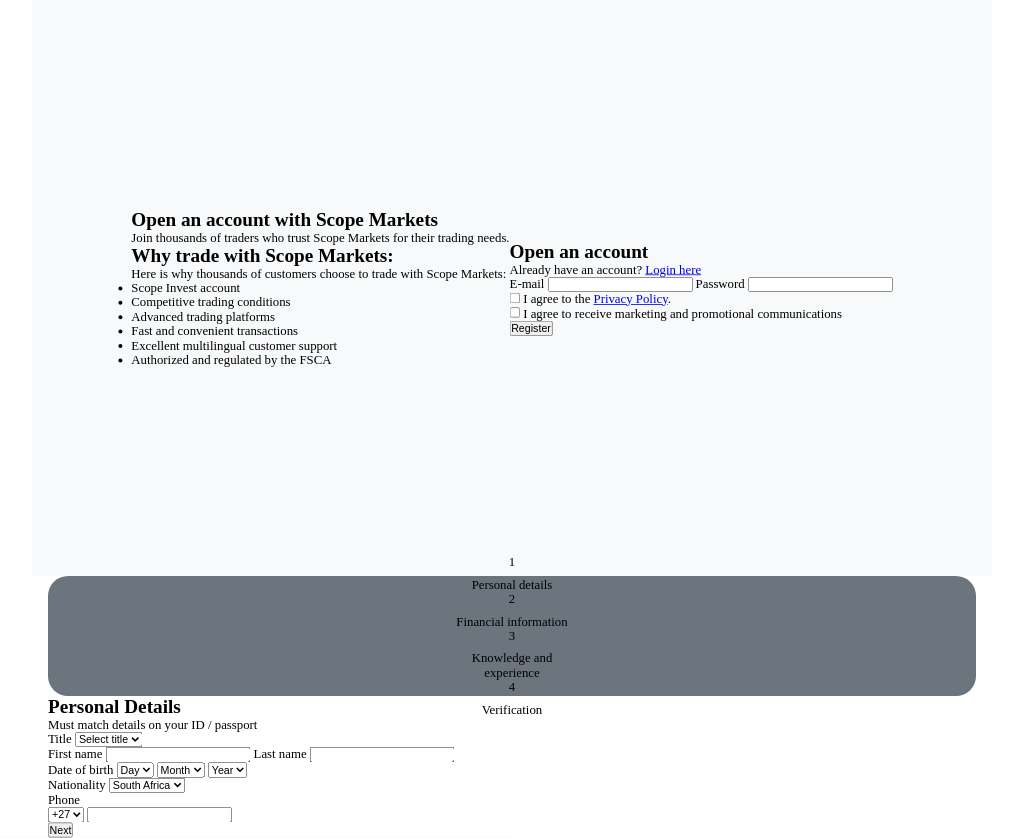
Repository: Jacques-Jaki-Morkel/vaultmarkets_SignupFlow
Page: index.HTML
These files come from the project's save history. The page is drawn as it stood at one moment and after the next save; the edit follows.
The browser window is 1280 px wide. The pictures show the whole page, at 80% of full size.

Above is the page before, as saved 2025-07-30 14:14:11.

### index.HTML
<!DOCTYPE html>
<html lang="en">

<head>
    <meta charset="UTF-8">
    <meta name="viewport" content="width=device-width, initial-scale=1.0">
    <title>Vault Markets - SignUP flow
    </title>
    <link rel="stylesheet" href="styles.css">
</head>

<body>
    <!-- Open account Section -->
    <section class="container-size openAccount-1">
        <div class="col-1">
            <h1>Open an account with Scope Markets</h1>
            <p>Join thousands of traders who trust Scope Markets for their trading needs.</p>
            <h2>Why trade with Scope Markets:</h2>
            <p>Here is why thousands of customers choose to trade with Scope Markets:</p>
            <ul>
                <li>Scope Invest account</li>
                <li>Competitive trading conditions</li>
                <li>Advanced trading platforms</li>
                <li>Fast and convenient transactions</li>
                <li>Excellent multilingual customer support</li>
                <li>Authorized and regulated by the FSCA</li>
            </ul>
        </div>

        <div class="col-2">
            <h2>Open an account</h2>
            <p>Already have an account? <a href="#">Login here</a></p>

            <form action="#" method="POST">
                <label for="email">E-mail</label>
                <input type="email" id="email" name="email" required>

                <label for="password">Password</label>
                <input type="password" id="password" name="password" required>

                <div>
                    <input type="checkbox" id="privacy" name="privacy" required>
                    <label for="privacy">I agree to the <a href="#">Privacy Policy</a>.</label>
                </div>

                <div>
                    <input type="checkbox" id="marketing" name="marketing">
                    <label for="marketing">I agree to receive marketing and promotional communications</label>
                </div>

                <button type="submit">Register</button>
            </form>
        </div>
    </section>

    <!-- Personal details Section -->
    <section class="container-size personal-2">
        <!-- Row 1: Progress Bar -->
        <div>
            <div class="progress-bar">
                <ol class="progress-steps">
                    <li>
                        <div>1</div>
                        <p>Personal details</p>
                    </li>
                    <li>
                        <div>2</div>
                        <p>Financial information</p>
                    </li>
                    <li>
                        <div>3</div>
                        <p>Knowledge and experience</p>
                    </li>
                    <li>
                        <div>4</div>
                        <p>Verification</p>
                    </li>
                </ol>
            </div>
        </div>

        <!-- Row 2: Form -->
        <div>
            <h2>Personal Details</h2>
            <p>Must match details on your ID / passport</p>

            <form action="#" method="POST">

                <!-- Title -->
                <div>
                    <label for="title">Title</label>
                    <select id="title" name="title" required>
                        <option value="">Select title</option>
                        <option value="mr">Mr</option>
                        <option value="mrs">Mrs</option>
                        <option value="ms">Ms</option>
                        <option value="dr">Dr</option>
                    </select>
                </div>

                <!-- Name -->
                <div>
                    <label for="first-name">First name</label>
                    <input type="text" id="first-name" name="first-name" required>

                    <label for="last-name">Last name</label>
                    <input type="text" id="last-name" name="last-name" required>
                </div>

                <!-- Date of Birth -->
                <div>
                    <label>Date of birth</label>
                    <select name="dob-day" required>
                        <option value="">Day</option>
                        <!-- Add 1–31 -->
                    </select>
                    <select name="dob-month" required>
                        <option value="">Month</option>
                        <!-- Add Jan–Dec -->
                    </select>
                    <select name="dob-year" required>
                        <option value="">Year</option>
                        <!-- Add dynamic years -->
                    </select>
                </div>

                <!-- Nationality -->
                <div>
                    <label for="nationality">Nationality</label>
                    <select id="nationality" name="nationality" required>
                        <option value="za" selected>South Africa</option>
                        <!-- Add more options -->
                    </select>
                </div>

                <!-- Phone -->
                <div>
                    <label for="phone">Phone</label>
                    <div>
                        <select name="country-code" required>
                            <option value="+27">+27</option>
                            <!-- Add other country codes if needed -->
                        </select>
                        <input type="tel" id="phone" name="phone" required>
                    </div>
                </div>

                <button type="submit">Next</button>
            </form>
    </section>


    <script src="script.js"></script>
</body>

</html>

### styles.css
/* Reset and Base Styles */
* {
    margin: 0;
    padding: 0;
    box-sizing: border-box;
}

:root {
    --primary-color: #c89006;
    --secondary-color: #6c757d;
    --background-color: #f8f9fa;
    --text-color: #292929;
    --link-color: #007bff;
}

.container-size {
    max-width: 1200px;
    margin: 0 auto;
    padding: 0 20px;
}

/* start of sigh up flow styling here */

/* page #1 in sign up flow */
.openAccount-1 /* Signup open account start */{
    display: flex;
    flex-direction: row;
    align-items: center;
    justify-content: center;
    height: 100vh;
    background-color: var(--background-color);
}

/* Signup open account end */

/* Progress bar styling here */
.progress-bar /* progress bar */{
    display: flex;
    flex-direction: row;
    align-items: center;
    justify-content: center;
    width: 100%;
    height: 150px;
    background-color: var(--secondary-color);
    border-radius: 25px;
}
.progress-steps{
    gap: 50px;
}

.progress-steps li {
    width: 150px;
    gap: 10px;
    display: flex;
    justify-content: flex-start;
    flex-direction: column;
    align-items: center;
}

.progress-steps li p {
    text-align: center;
}

Loaded but not shown: script.js (no stored copy; drawn as an empty file)

After the next save:
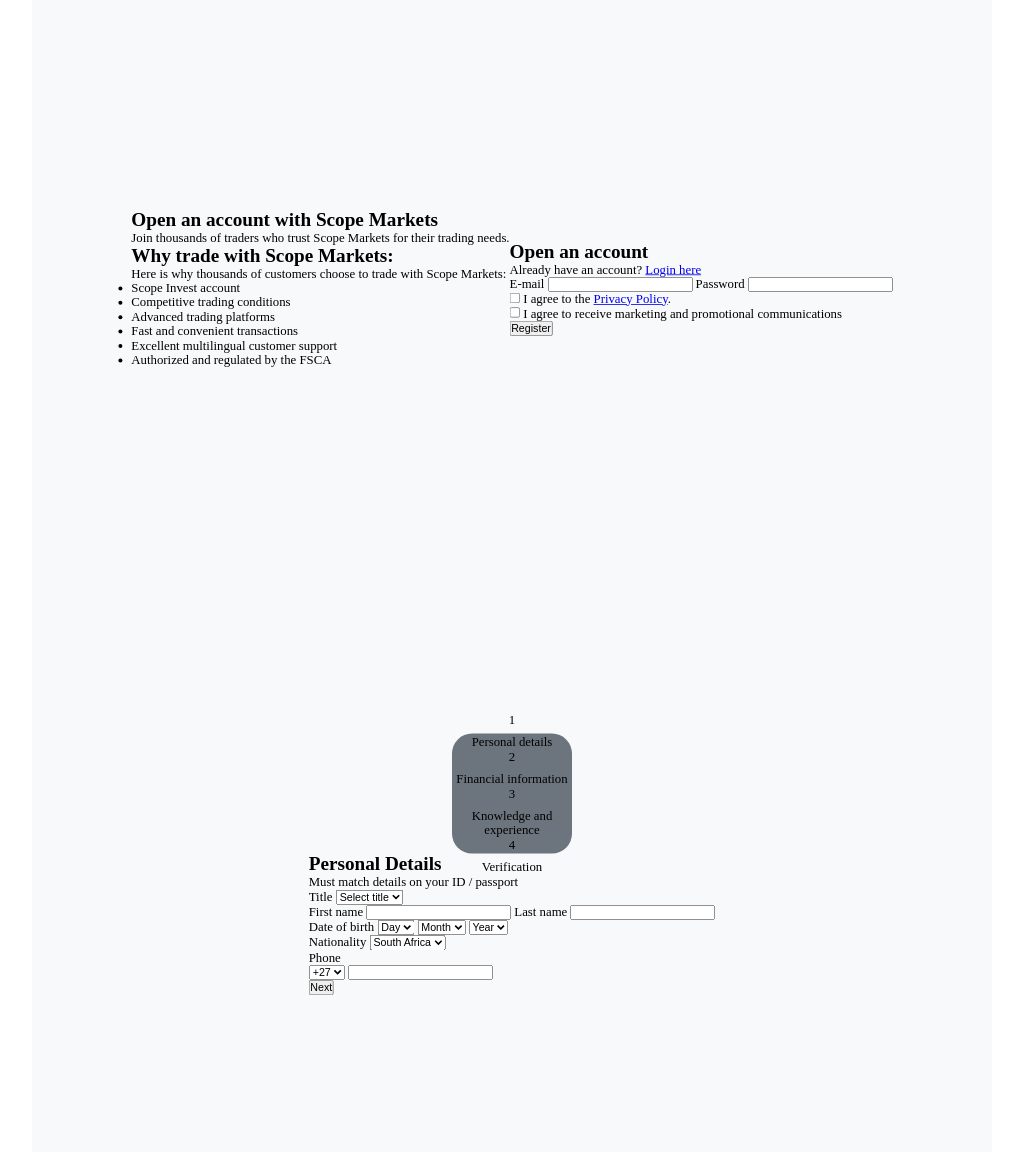
Saved 69 s later.
--- a/styles.css
+++ b/styles.css
@@ -60,3 +60,13 @@
 .progress-steps li p {
     text-align: center;
 }
+
+/* page #2 in sign up flow */
+.personal-2 /* Signup personal details */{
+    display: flex;
+    flex-direction: column;
+    align-items: center;
+    justify-content: center;
+    height: 100vh;
+    background-color: var(--background-color);
+}
